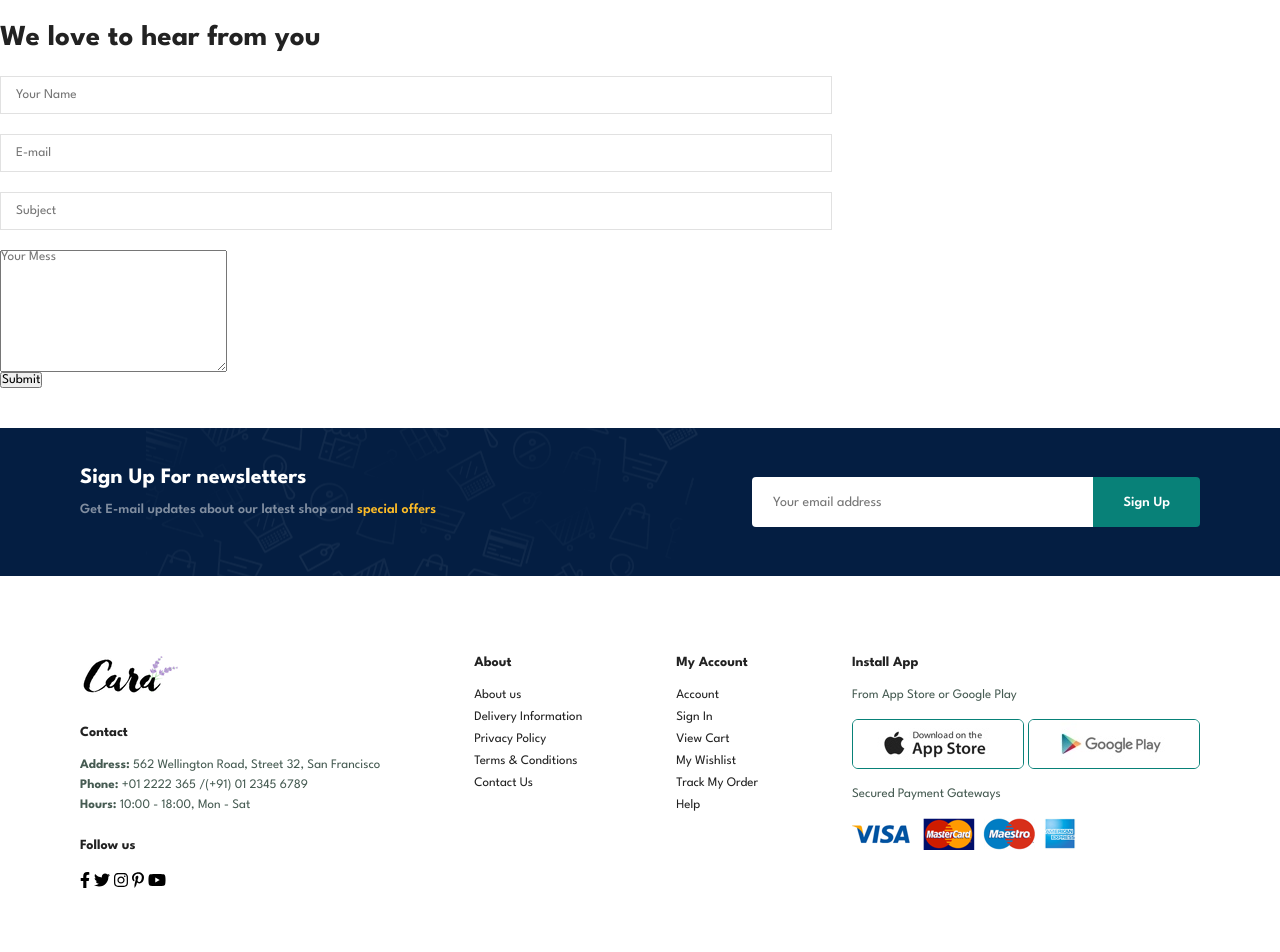
Repository: quy261001/cara
Page: contact.html
The author's editor kept a copy of each file at every save. The page is drawn from the files as they stood at one save, then again after the next save.
The browser window is 1280 px wide. The pictures show the part of the page from y = 862 to 1814 px (the page is 1865 px tall before and 1909 px after).

Above is the page before, as saved 2022-05-04 17:22:54.

After the next save:
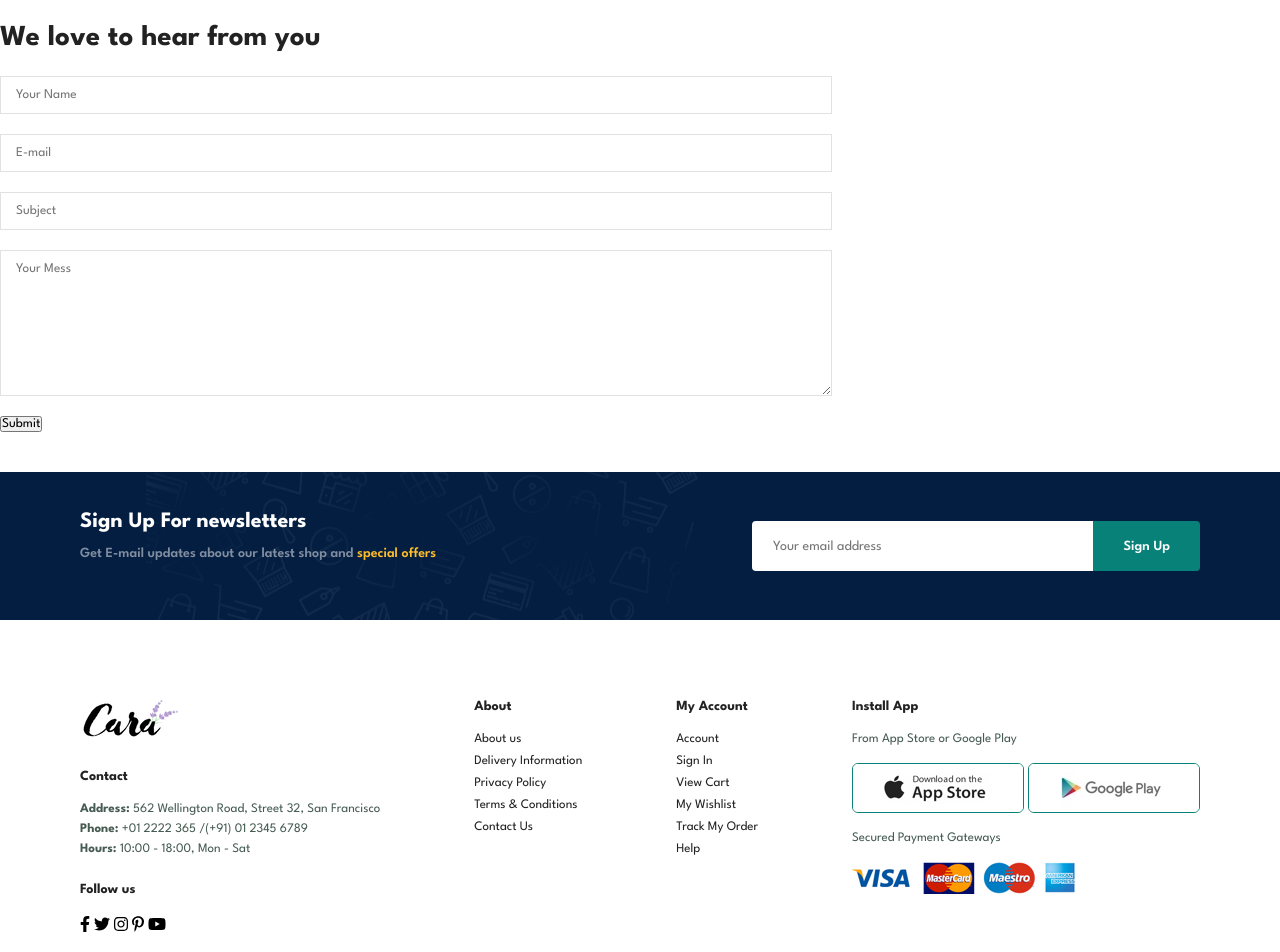
Saved 34 s later.
--- a/style.css
+++ b/style.css
@@ -700,7 +700,8 @@ footer a:hover {
   flex-direction: column;
   align-items: flex-start;
 }
-.form-details form input {
+.form-details form input,
+.form-details form textarea {
   width: 100%;
   padding: 12px 15px;
   outline: none;
